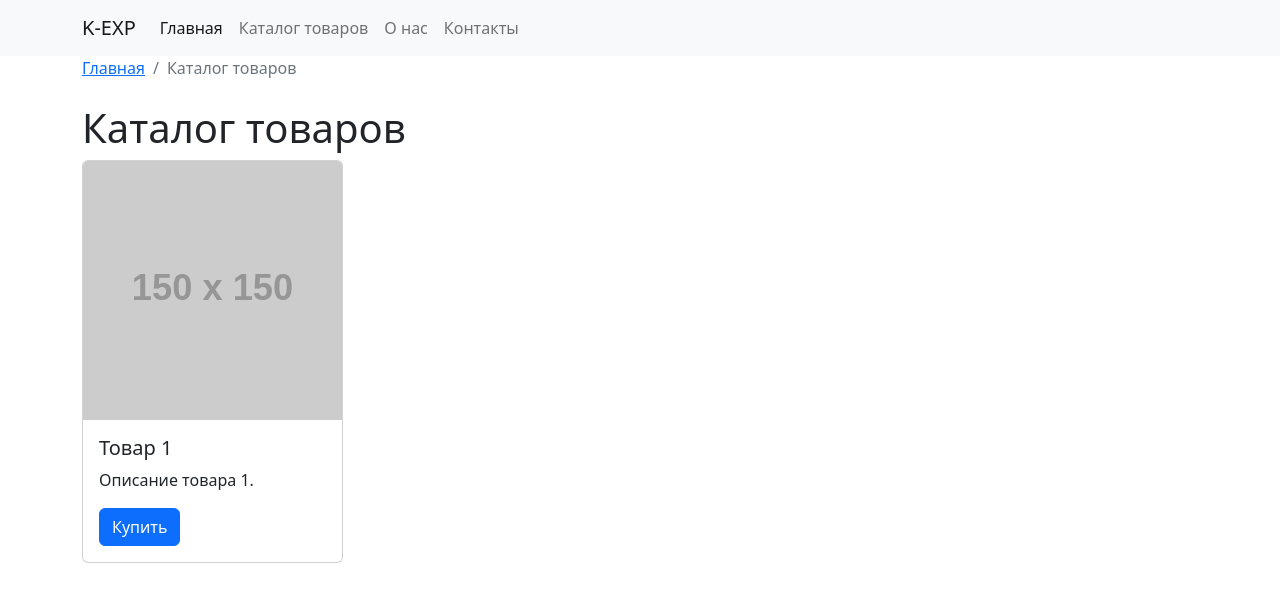
Repository: smartsoltech/kexp-shop
Page: main/catalog/templates/catalog/base.html
An editor plug-in stored every save of this project. The page is shown before and after the next save, followed by the edit.
The browser window is 1280 px wide. The pictures show the whole page.
The template is drawn by Django 4.2. The application's start-up code is not run. The template is opened directly, without the code that normally fills it, so the values that code supplies are empty.

Above is the page before, as saved 2023-03-14 13:46:09.

After the next save:
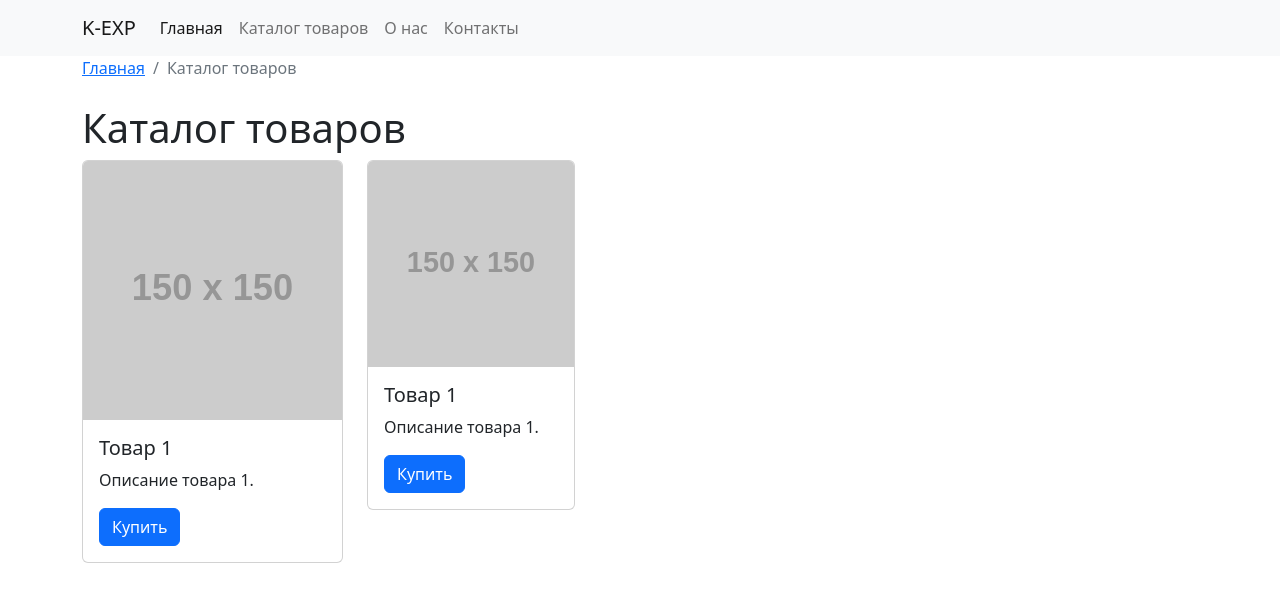
Saved 32 s later.
--- a/main/catalog/templates/catalog/base.html
+++ b/main/catalog/templates/catalog/base.html
@@ -59,3 +59,15 @@
         </div>
 
       </div>
+      <div class="col">
+        <div class="col-md-3">
+          <div class="card">
+            <img src="https://via.placeholder.com/150" class="card-img-top" alt="...">
+            <div class="card-body">
+              <h5 class="card-title">Товар 1</h5>
+              <p class="card-text">Описание товара 1.</p>
+              <a href="#" class="btn btn-primary">Купить</a>
+            </div>
+          </div>
+
+        </div>
